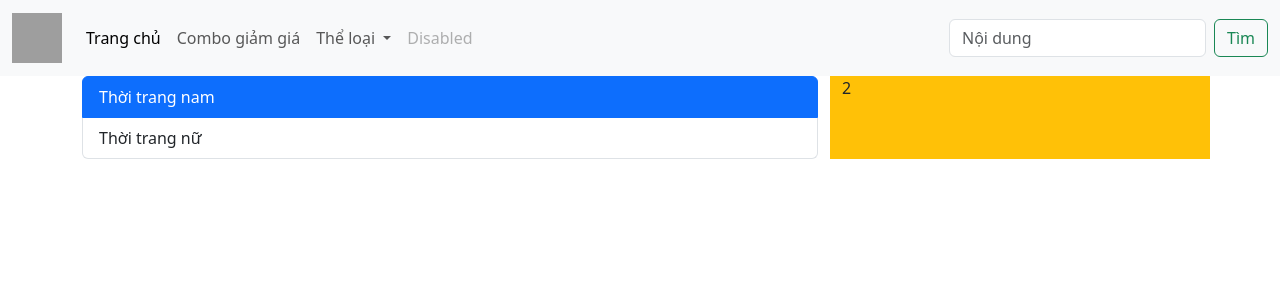
Repository: Vanh260703/Java-Servlet
Page: Bai4_Boostrap/src/main/webapp/index.html
These files come from the project's save history. The page is drawn as it stood at one moment and after the next save; the edit follows.
The browser window is 1280 px wide. The pictures show the whole page.
Pictures or frames that could not be fetched are drawn as grey boxes.

Above is the page before, as saved 2025-03-01 14:31:31.

After the next save:
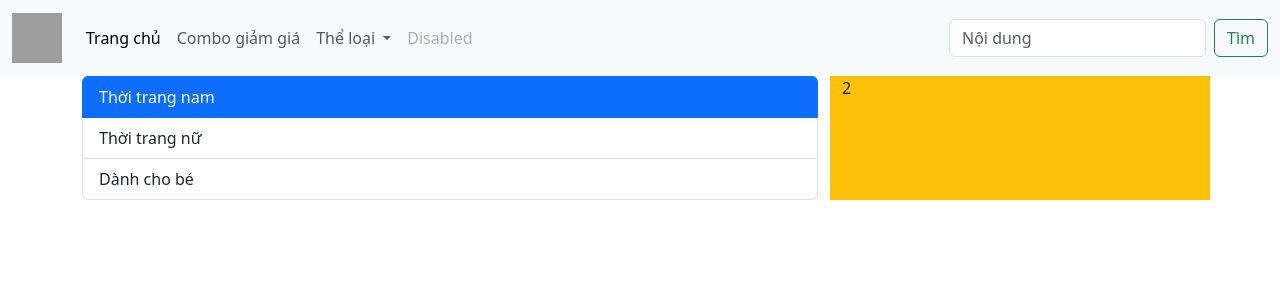
Saved 18 s later.
--- a/Bai4_Boostrap/src/main/webapp/index.html
+++ b/Bai4_Boostrap/src/main/webapp/index.html
@@ -74,6 +74,9 @@
 					<button type="button"
 						class="list-group-item list-group-item-action">Thời trang
 						nữ</button>
+					<button type="button"
+						class="list-group-item list-group-item-action">Dành cho
+						bé</button>
 
 				</div>
 			</div>
